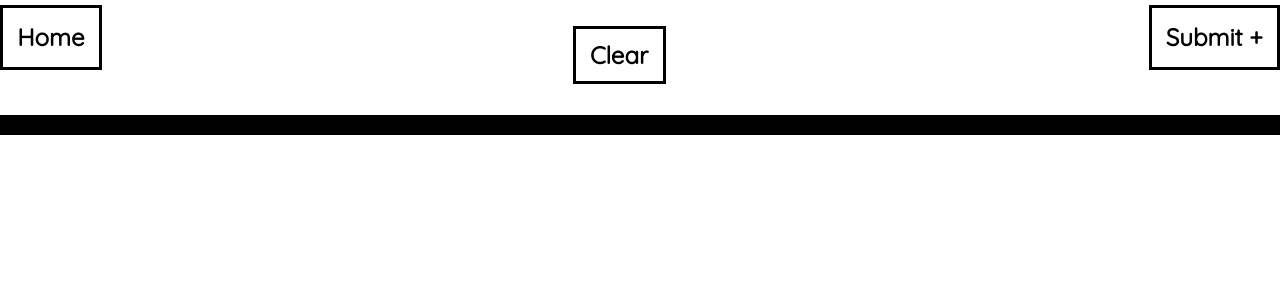
Repository: rickypcyt/WebMural
Page: /
These files come from the project's save history. The page is drawn as it stood at one moment and after the next save; the edit follows.
The browser window is 1280 px wide. The pictures show the whole page.
The project was rebuilt for these pictures with package versions that can differ from the ones it lists, and the page was loaded fresh each time.

Above is the page before, as saved 2022-09-12 13:13:58.

### src/index.js
import React from "react";
import ReactDOM from "react-dom/client";
import "./index.css";
import WebMural from "./Pages/WebMural";
import reportWebVitals from "./reportWebVitals";
import { BrowserRouter, Routes, Route, Switch } from "react-router-dom";

const root = ReactDOM.createRoot(document.getElementById("root"));
root.render(
  <React.StrictMode>
    <BrowserRouter>
      <WebMural />
    </BrowserRouter>
  </React.StrictMode>
);

// If you want to start measuring performance in your app, pass a function
// to log results (for example: reportWebVitals(console.log))
// or send to an analytics endpoint. Learn more: https://bit.ly/CRA-vitals
reportWebVitals();

### src/index.css
@import url("https://fonts.googleapis.com/css2?family=Quicksand");

input[type="file"] {
  display: none;
}
.container {
  top: 0%;
  left: 0%;
}
::marker {
  display: none;
}
.image-container {
  width: 100%;
  margin: auto;
  display: flex;
  flex-direction: row;
  justify-content: space-evenly;
  gap: 15px;
  padding: 10px;
  background-color: black;

}

body {
  line-height: 1;
  font-family: "Quicksand";
  font-size: large;
  margin: 0%;
  margin-top: 2%;
  padding: 0%;
}
main{
  top: 10%;

}
ol {
  list-style: none;
  display: flex;
  padding: 0;
  justify-content: space-between;
  align-items: flex-start;
  display: flex;
  flex-wrap: wrap;
  align-content: center;
}
.content {
  position: absolute;
  right: calc(var(--pad) * 2);
  bottom: calc(var(--pad) * 2);
  white-space: nowrap;
}
.parrafo {
  line-height: 1.5;
  text-align: end;
  font-size: larger;
}
.parrafo span {
  display: block;
}
.titulo {
  margin: 0;
}
.oli {
  font-weight: bold;
  border-style: solid;
  font-size: x-large;
  padding: 1ch;
}
.descripcion {
  font-weight: lighter;
  font-style: oblique;
}
.oli:hover {
  color: black;
  border-style: dotted;
}
.page {
  padding-top: 2%;
  padding-bottom: 3%;
}
.pageContact {
  padding-top: 8%;
  padding-bottom: 9%;
}
.cabeceranavi {
  padding-bottom: 1%;
}
p {
  font-weight: bold;
}
a {
  color: black;
  text-decoration: none;
  padding: 0ch;
}
span {
  font-size: larger;
}
li {
  width: 7%;
  height: 10%;
}
ul {
  list-style-type: none;
  margin: 0%;
  display: flex;
  align-items: center;
  flex-direction: row;
  padding-top: 5%;
  padding-bottom: 5%;
  padding-left: 0%;
  justify-content: space-around;
}
.imagenes {
  display: block;
  height: auto;
  width: auto;
  padding-top: 5%;
  padding-bottom: 5%;
}

.imagenesproyect {
  position: relative;
}
.fixer {
  display: flex;
  flex-direction: row;
  justify-content: space-evenly;
  padding-bottom: 3%;
}
.overlay {
  position: absolute;
  top: 0.83cm;

  background: rgb(0, 0, 0);
  background: rgb(2, 0.3, 0.9, 0.6); /* Black see-through */
  color: #f1f1f1;
  width: 100%;
  transition: 0.5s ease;
  color: white;
  text-align: center;
  font-size: 20px;
  padding-top: 20px;
  padding-bottom: 20px;
  opacity: 0;
}
.imagenesproyect:hover .overlay {
  opacity: 1;
}
.overlay2 {
  position: absolute;
  bottom: 8%;
  background: rgb(0, 0, 0);
  background: rgba(40, 40, 40, 0.6); /* Black see-through */
  color: #f1f1f1;
  width: 100%;
  transition: 0.5s ease;
  color: white;
  text-align: center;
  font-size: 20px;
  padding-top: 20px;
  padding-bottom: 20px;
  opacity: 0;
}
.imagenesproyect:hover .overlay2 {
  opacity: 1;
}

.homeinfo {
  font-size: x-large;
}

@media screen and (max-width: 1340px) {
  .fixer {
    flex-direction: column;
    justify-content: center;
  }
  .imagenes {
    height: auto;
    width: 100%;
  }
  ol {
  }
}

.image-container {
  width: auto;
  margin: auto;
  /* display: flex; */
  flex-wrap: wrap;
  gap: 15px;
  padding: 10px;
}

.image-container img {
  max-width: 100%;
  max-height: 225px;
}

.container .image-container .image {
  border: 4px solid black;
  overflow: hidden;
  /* cursor: pointer; */
}

.container .image-container .image img {
  height: 100%;
  width: 100%;
}
@media (max-width: 700px) {
  .image-container img {
    max-height: -10px;
  }
}

.image:hover {
  transform: scale(1.15); /* (150% zoom - Note: if the zoom is too large, it will go outside of the viewport) */
}

.oli:hover {
  transform: scale(1.15); /* (150% zoom - Note: if the zoom is too large, it will go outside of the viewport) */
}

### src/Pages/WebMural.js
import React, { useState } from "react";
import { Link, useMatch, useResolvedPath } from "react-router-dom";

const UploadAndDisplayImage = () => {
  const [selectedFiles, setSelectedFiles] = useState([]);
  const handleImageChange = (e) => {
    setSelectedFiles([]);
    if (e.target.files) {
      const filesArray = Array.from(e.target.files).map((file) =>
        URL.createObjectURL(file)
      );
      setSelectedFiles((prevImages) => prevImages.concat(filesArray));
      Array.from(e.target.files).map((file) => URL.revokeObjectURL(file));
    }
  };

  const renderPhotos = (source) => {
    return source.map((photo) => {
      return (
        <div class="container">
          <figure class="image-container">
            <img className="image" src={photo} alt="" key={photo} />
          </figure>
        </div>
      );
    });
  };

  return (
    <main>
      <nav className="cabeceranavi">
        <ol>
          <CustomLink to="/" className="oli">
            Home
          </CustomLink>
          <div className="oli" onClick={() => handleImageChange(null)}>
            Clear
          </div>
          <label for="upload-button">
            <nav>
              <input
                type="file"
                id="upload-button"
                multiple="multiple"
                accept="image/*"
                onChange={handleImageChange}
              />
              <a class="oli"> Submit + </a>
            </nav>
          </label>
        </ol>
      </nav>
      {selectedFiles && (
        <div>
          <div class="image-container">{renderPhotos(selectedFiles)}</div>
        </div>
      )}
    </main>
  );
};

export default UploadAndDisplayImage;

function CustomLink({ to, children, ...props }) {
  const resolvedPath = useResolvedPath(to);
  const isActive = useMatch({ path: resolvedPath.pathname, end: true });
  return (
    <li className={isActive ? "active" : ""}>
      <Link to={to} {...props}>
        {children}
      </Link>
    </li>
  );
}

Loaded but not shown: public/index.html (common file); src/reportWebVitals.js (common file)

After the next save:
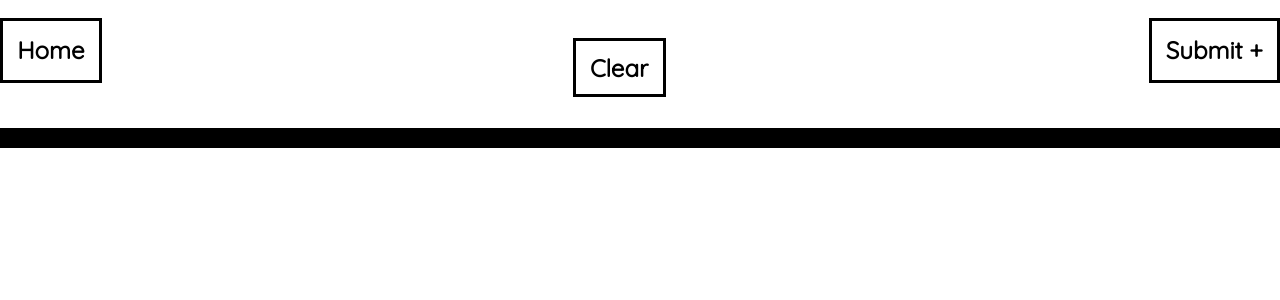
Saved 12 s later.
--- a/src/index.css
+++ b/src/index.css
@@ -27,7 +27,7 @@ body {
   font-family: "Quicksand";
   font-size: large;
   margin: 0%;
-  margin-top: 2%;
+  margin-top: 3%;
   padding: 0%;
 }
 main{
